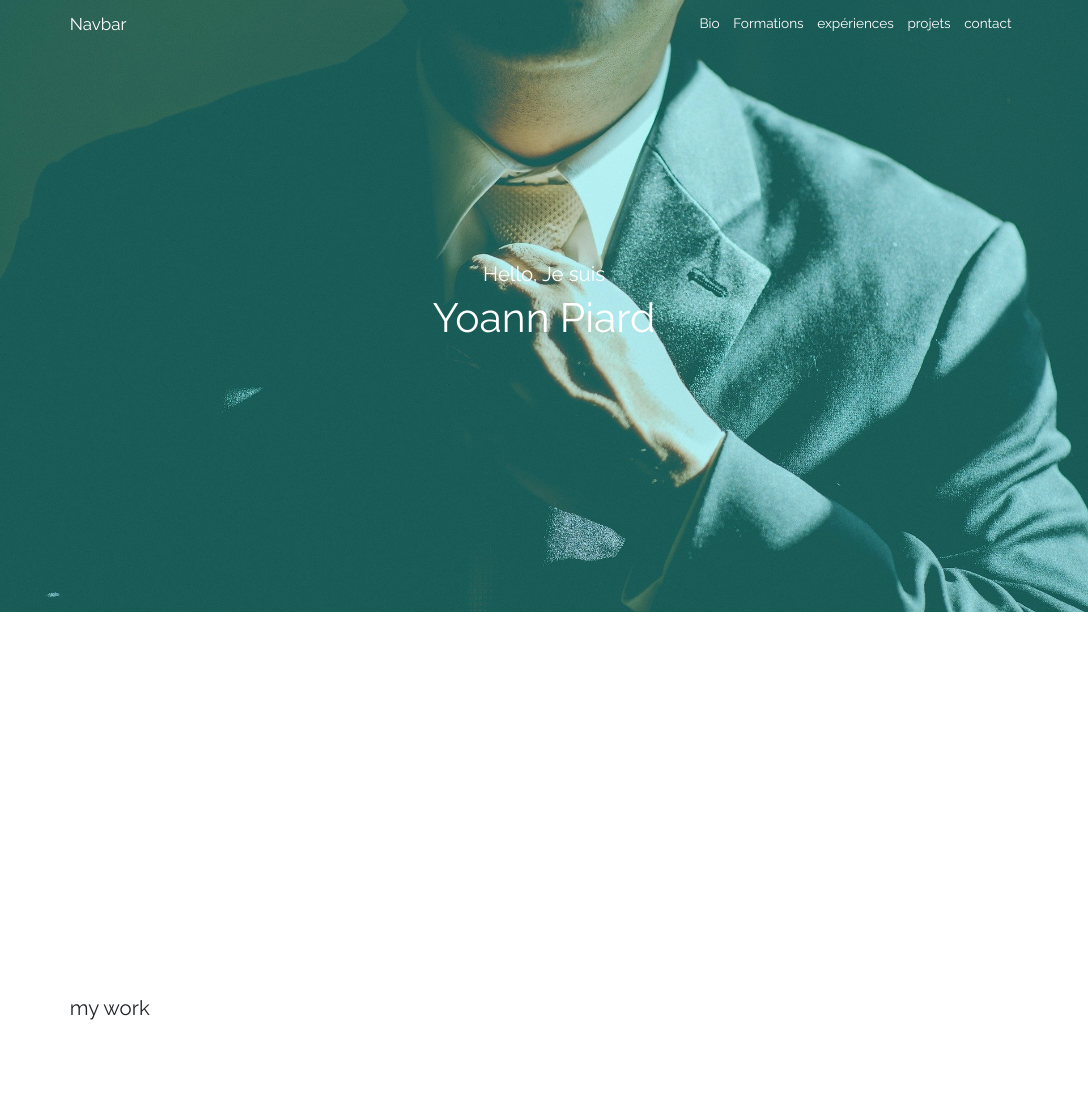
Repository: ypiard85/port-folio-bootstrap-yoann-2021
Page: index.html
An editor plug-in stored every save of this project. The page is shown before and after the next save, followed by the edit.
The browser window is 1280 px wide. The pictures show the whole page, at 85% of full size.

Above is the page before, as saved 2021-03-09 15:10:43.
Console error: TypeError: window.onload is not a function

### index.html
<!DOCTYPE html>
<html lang="en">
  <head>
    <meta charset="UTF-8" />
    <meta http-equiv="X-UA-Compatible" content="IE=edge" />
    <meta name="viewport" content="width=device-width, initial-scale=1.0" />
    <link rel="stylesheet" href="https://use.fontawesome.com/releases/v5.15.2/css/all.css" integrity="sha384-vSIIfh2YWi9wW0r9iZe7RJPrKwp6bG+s9QZMoITbCckVJqGCCRhc+ccxNcdpHuYu" crossorigin="anonymous">    <!-- CSS only -->
    <link rel="stylesheet" href="./resource/style.css" />
    <link
      href="https://cdn.jsdelivr.net/npm/bootstrap@5.0.0-beta2/dist/css/bootstrap.min.css"
      rel="stylesheet"
      integrity="sha384-BmbxuPwQa2lc/FVzBcNJ7UAyJxM6wuqIj61tLrc4wSX0szH/Ev+nYRRuWlolflfl"
      crossorigin="anonymous"
    />
    <title>Document</title>
  </head>
  <body>
    <nav class="navbar position-fixed w-100 navbar-expand-lg navbar-light">
      <div class="container">
        <a class="navbar-brand" href="#">Navbar</a>
        <button
          class="navbar-toggler"
          type="button"
          data-bs-toggle="collapse"
          data-bs-target="#navbarNav"
          aria-controls="navbarNav"
          aria-expanded="false"
          aria-label="Toggle navigation"
        >
          <span class="navbar-toggler-icon"></span>
        </button>
        <div class="collapse navbar-collapse" id="navbarNav">
          <ul class="navbar-nav">
            <li class="nav-item">
              <a class="nav-link active" aria-current="page" href="#bio">Bio</a>
            </li>
            <li class="nav-item">
              <a class="nav-link" href="#formation">Formations</a>
            </li>
            <li class="nav-item">
              <a class="nav-link" href="#experience">expériences</a>
            </li>
            <li class="nav-item">
              <a class="nav-link" href="#projet">projets</a>
            </li>
            <li class="nav-item">
              <a class="nav-link" href="#contact">contact</a>
            </li>
          </ul>
        </div>
      </div>
    </nav>

    <header
      class="container-fluid flex-column
          d-flex align-items-center justify-content-center"
    >
      <h4>Hello, Je suis</h4>
      <h1>Yoann Piard</h1>
    </header>

    <section class="about_me in container">
      <div class="about_card rounded shadow-lg">
        <div class="container">
          <div class="row">
            <div class="col-md-6  col-sm-12 p-3 p-sm-4 align-self-center">
              <h2 class="mb-4" >A propos de moi</h2>
              <p>
                Passionné par l'informatique depuis mon plus jeune âge, je me
                suis tout naturellement orienté vers dans le secteur du
                développement web et logiciel. Depuis 2019, je mets mon savoir
                auprès d'associations et entreprises, les aidant à augmenter
                leurs visibilités sur internet. Aujourd'hui, je cherche à
                intégrer une entreprise afin de travailler sur des projets
                concrets et de monter en compétence.
              </p>
              <ul class="d-flex">
                  <li><a href=""><i class="fab fa-instagram"></i></a></li>
                  <li><a href=""><i class="fab fa-linkedin-in"></i></a></li>
                  <li><a href=""><i class="fab fa-github"></i></a></li>
              </ul>
            </div>
            <div class="col-md-6 col-sm-12 p-3 p-sm-5 d-none d-md-block">
              <img class="img-fluid img-thumbnail" src="./resource/image/yoann_piard.png" alt="" />
            </div>
          </div>
        </div>
      </div>
    </section>

    <section class="my_work">
        <div class="container">
            <h4 class="ttile_section">my work</h4>
        </div>
    </section>

    <!-- JavaScript Bundle with Popper -->
    <script
      src="https://cdn.jsdelivr.net/npm/bootstrap@5.0.0-beta2/dist/js/bootstrap.bundle.min.js"
      integrity="sha384-b5kHyXgcpbZJO/tY9Ul7kGkf1S0CWuKcCD38l8YkeH8z8QjE0GmW1gYU5S9FOnJ0"
      crossorigin="anonymous"
    ></script>
    <script src="https://unpkg.com/scrollreveal"></script>
    <script src="./resource/scrollreveal.js"></script>
    <script src="./resource/app.js"></script>
    <script>window.onload(scrollEffect()) </script>
  </body>
</html>

### resource/style.css
@import url('https://fonts.googleapis.com/css2?family=Raleway&display=swap');

*{
    transition: 0.3s;
}

body{
    font-family: 'Raleway', sans-serif!important;
}


.navbar-collapse{
    flex-grow: 0!important;
}

nav a{
    color: white!important;
}

header{
    height: 100vh;
    background: gray;
    background-image: linear-gradient(90deg, rgba(0,231,249,0.2780462526807598) 100%, rgba(0,4,24,0.4405112386751575) 74%), url('./image/about-section.jpg');
    background-repeat: no-repeat;
    background-size: cover;
    background-position: top center;
    color: white;
}

header h1{
    font-weight: normal;
    font-size: 3em;
}

.about_card{
    margin: auto;
    width: 900px;
    max-width: 100%;
    background-color: white;
}

.about_card a{
    font-family: Arial!important;
}


.about_card img{
    width: 100%;
    border-radius: 50%;
}

.about_card ul{
    list-style: none;
    padding: 0;
}

.about_card i{
    font-size: 1em;
    color: black;
}

.about_card{
    line-height: 2em;
}

.about_card li{
    margin-right: 10px;
}

.in{
    transform: translateY(-100px);
}

### resource/scrollreveal.js
function scrollEffect(){


    ScrollReveal().reveal('.about_me', {
        delay: 150,
        duration: 1000,
        reset: true,
        origin: 'bottom',
        distance: '50%'
    });

}

### resource/app.js
ScrollReveal().reveal('.about_me', {
    delay: 250,
    duration: 1000,
    reset: true,
    origin: 'bottom',
    distance: '20%'
});

After the next save:
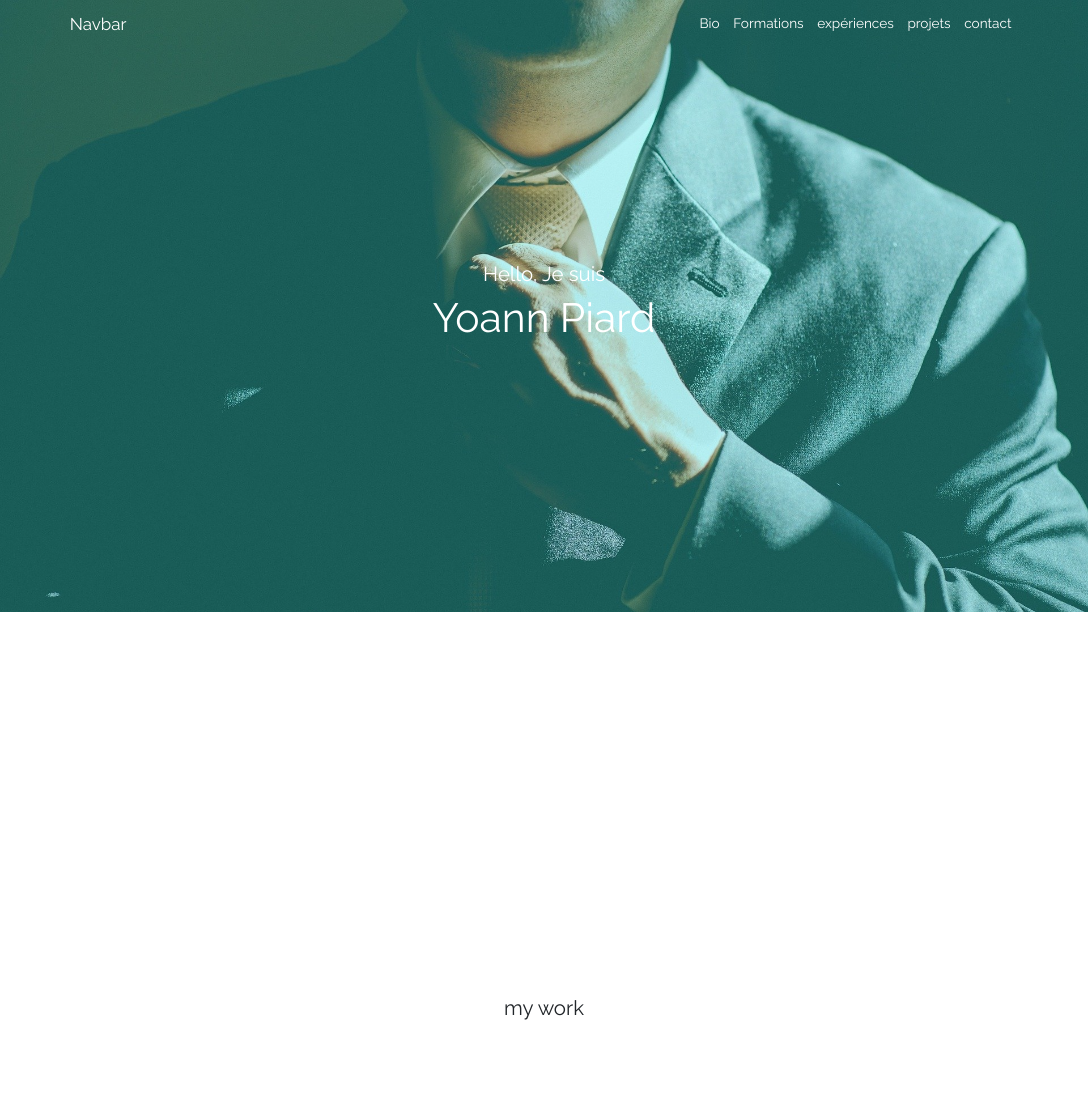
Saved 11 s later.
--- a/index.html
+++ b/index.html
@@ -90,7 +90,7 @@
 
     <section class="my_work">
         <div class="container">
-            <h4 class="ttile_section">my work</h4>
+            <h4 class="ttile_section text-center">my work</h4>
         </div>
     </section>
 
